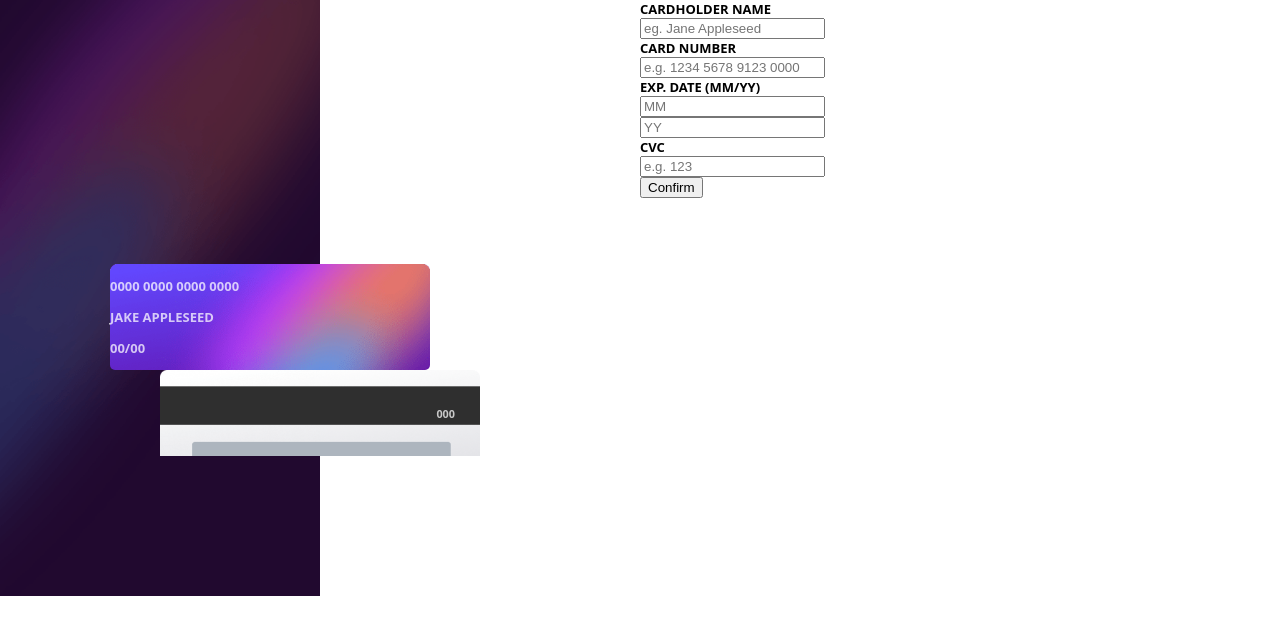
Repository: Celebration-cloud/my-project
Page: interactive-card-details-form-main/index.html
These files come from the project's save history. The page is drawn as it stood at one moment and after the next save; the edit follows.
The browser window is 1280 px wide. The pictures show the whole page.

Above is the page before, as saved 2023-08-22 18:53:34.

After the next save:
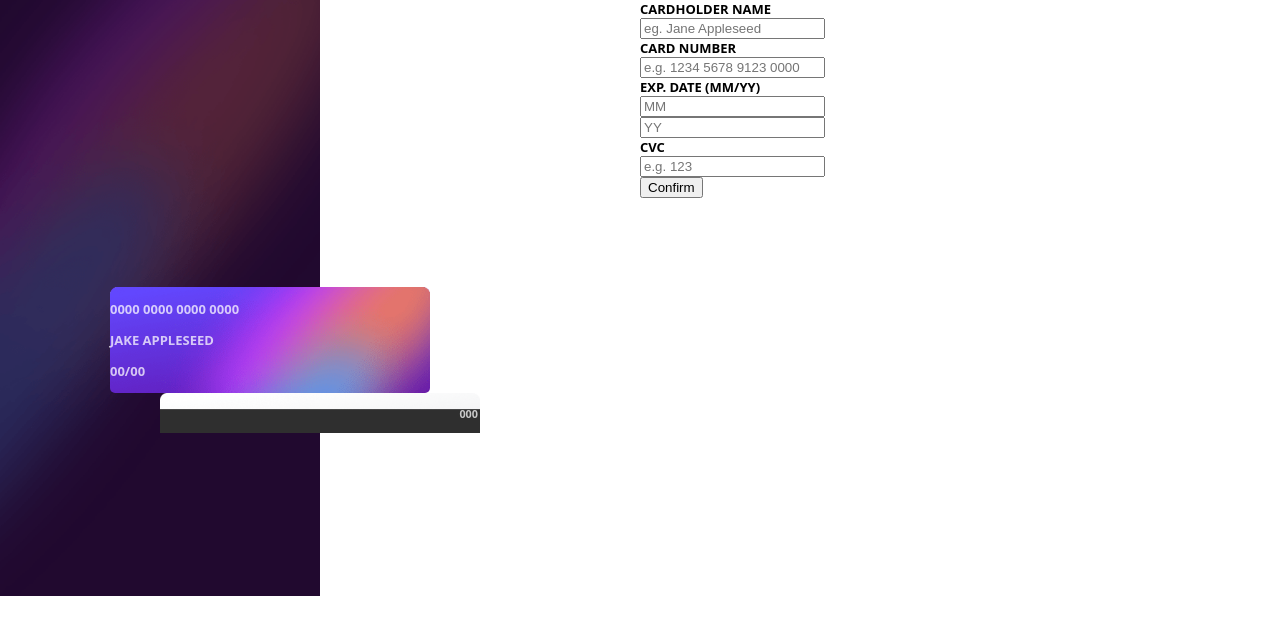
Saved 35 s later.
--- a/interactive-card-details-form-main/index.css
+++ b/interactive-card-details-form-main/index.css
@@ -36,7 +36,7 @@ body{
 }
 #cvc-digit{
     text-align: right !important ;
-    padding: 25px;
+    padding: 2px;
     color: rgba(255, 255, 255, 0.737);
     font-size: smaller;
 }
